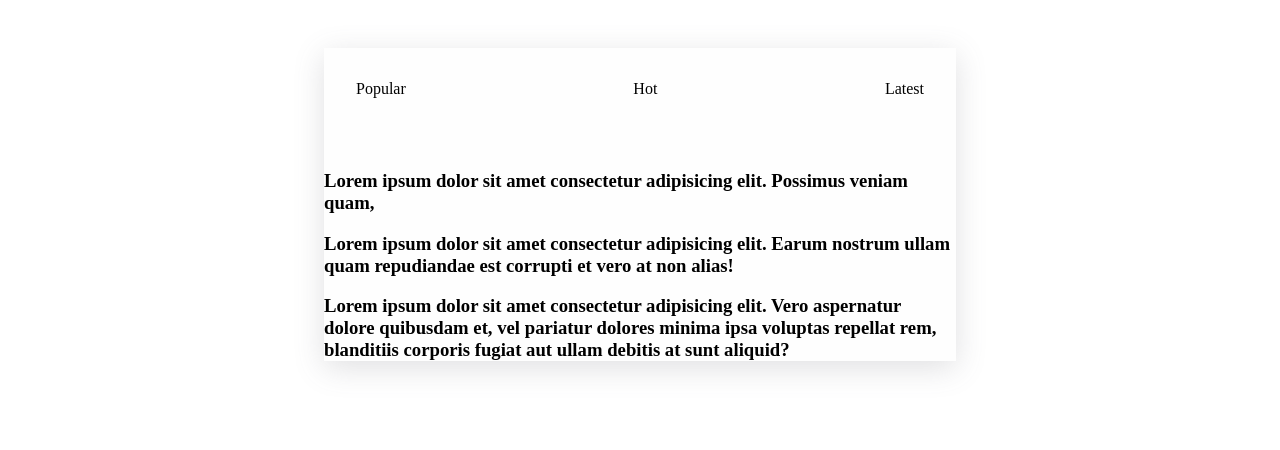
Repository: tungts3qb/Javascript
Page: tab.html
The author's editor kept a copy of each file at every save. The page is drawn from the files as they stood at one save, then again after the next save.
The browser window is 1280 px wide. The pictures show the whole page.

Above is the page before, as saved 2022-12-25 00:52:05.

### tab.html
<!DOCTYPE html>
<html lang="en">
  <head>
    <meta charset="UTF-8" />
    <meta http-equiv="X-UA-Compatible" content="IE=edge" />
    <meta name="viewport" content="width=device-width, initial-scale=1.0" />
    <link rel="stylesheet" href="style.css" />
    <title>Tab</title>
  </head>
  <body>
    <div class="tab">
      <div class="tab-list">
        <div class="tab-item active">Popular</div>
        <div class="tab-item">Hot</div>
        <div class="tab-item">Latest</div>
      </div>
      <div class="tab-wrapper">
        <div class="tab-content active">
          <h3 class="post-title">
            Lorem ipsum dolor sit amet consectetur adipisicing elit. Possimus
            veniam quam,
          </h3>
        </div>

        <div class="tab-content">
          <h3 class="post-title">
            Lorem ipsum dolor sit amet consectetur adipisicing elit. Earum
            nostrum ullam quam repudiandae est corrupti et vero at non alias!
          </h3>
        </div>

        <div class="tab-content">
          <h3 class="post-title">
            Lorem ipsum dolor sit amet consectetur adipisicing elit. Vero
            aspernatur dolore quibusdam et, vel pariatur dolores minima ipsa
            voluptas repellat rem, blanditiis corporis fugiat aut ullam debitis
            at sunt aliquid?
          </h3>
        </div>
      </div>
    </div>
    <script src="./tab.js"></script>
  </body>
</html>

### style.css
.button {
  padding: 20px;
  color: white;
  background-color: #ffa400;
  border: 0;
  margin: 50px auto;
  display: block;
  width: 300px;
  font-family: "Poppins", sans-serif;
}

.change {
  display: block;
  padding: 15px 40px;
  border-radius: 10px;
  border: 0;
  color: white;
  font-family: "Poppins", sans-serif;
  margin: 50px auto;
  background-color: #3d6ef7;
}

.menu {
  width: 300px;
  position: fixed;
  top: 0;
  right: 0;
  bottom: 0;
  box-shadow: rgba(100, 100, 111, 0.2) 0px 7px 29px 0px;
  list-style: none;
  transform: translateX(100%);
  transition: transform 0.25s linear;
  margin-top: 0;
  margin-bottom: 0;
}

.menu.is-show {
  transform: translateX(0%);
}

.menu-link {
  display: block;
  padding: 20px 15px;
  color: #333;
  border-bottom: 1px solid #eee;
}

.header {
  padding: 20px;
  display: flex;
  align-items: center;
  justify-content: flex-end;
}

.menu-toggle {
  cursor: pointer;
  font-size: 30px;
  position: relative;
  z-index: 9999;
}

.menu-item a {
  text-decoration: none;
}

/* ============ Tab.html ============= */

.tab {
  margin: 3rem auto;
  width: 50%;
  background-color: #fefefe;
  box-shadow: rgba(100, 100, 111, 0.2) 0px 7px 29px 0px;
}

.tab-list {
  display: flex;
  justify-content: space-between;
  margin-bottom: 2.5rem;
  padding: 2rem;
}

Loaded but not shown: tab.js (no stored copy; drawn as an empty file)

After the next save:
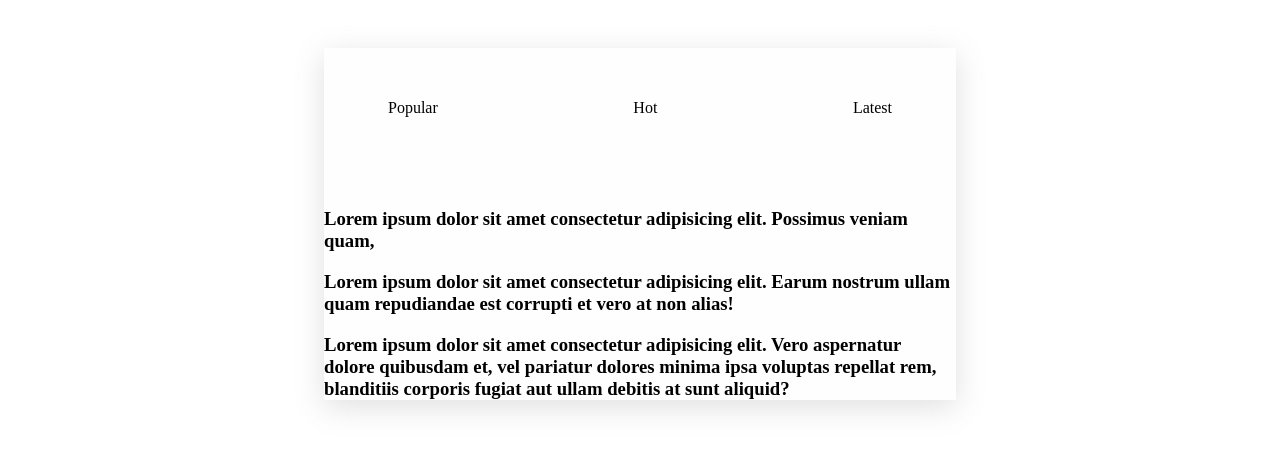
Saved 40 s later.
--- a/style.css
+++ b/style.css
@@ -78,3 +78,8 @@
   margin-bottom: 2.5rem;
   padding: 2rem;
 }
+
+.tab-item {
+  cursor: pointer;
+  padding: 1.2rem 2rem;
+}
